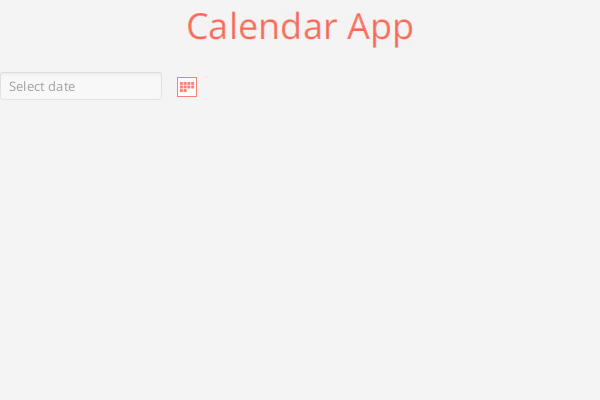
Repository: abhisheknaik96/Calendar-app
Program's window: java Calendar-app/src/simple_calendar/simple_calendar/SimpleCalendarDemo.java
The author's editor kept a copy of each file at every save. The program's window is drawn from the files as they stood at one save, then again after the next save.
It runs on Java 21 on a 1366 x 768 screen with JavaFX 11; the title bar is not drawn. It also reads Calendar-app/src/simple_calendar/simple_calendar/style/calender_icon.png.

Above is the program's window before, as saved 2015-04-06 16:59:37.

### Calendar-app/src/simple_calendar/simple_calendar/SimpleCalendarDemo.java
/**
*  This file is part of SimpleCalendar.

*  SimpleCalendar is free software: you can redistribute it and/or modify
*  it under the terms of the GNU General Public License as published by
*  the Free Software Foundation, either version 3 of the License, or
*  (at your option) any later version.

*  SimpleCalendar is distributed in the hope that it will be useful,
*  but WITHOUT ANY WARRANTY; without even the implied warranty of
*  MERCHANTABILITY or FITNESS FOR A PARTICULAR PURPOSE.  See the
*  GNU General Public License for more details.

*  <http://www.gnu.org/licenses/>.

*/
package simple_calendar.simple_calendar;

import java.text.SimpleDateFormat;
import java.util.Date;

import javafx.application.Application;
import javafx.beans.value.ChangeListener;
import javafx.beans.value.ObservableValue;
import javafx.geometry.Pos;
import javafx.scene.Scene;
import javafx.scene.control.Label;
import javafx.scene.control.TextField;
import javafx.scene.layout.HBox;
import javafx.scene.layout.StackPane;
import javafx.scene.layout.VBox;
import javafx.scene.text.TextAlignment;
import javafx.stage.Stage;

public class SimpleCalendarDemo extends Application {

	@Override
	public void start(Stage stage) throws Exception {
        stage.setTitle("Simple Calendar Demo");
		StackPane root = new StackPane();
		root.setId("root");
        Scene scene = new Scene(root, 600, 400);
        stage.setScene(scene);
        scene.getStylesheets().addAll(SimpleCalendarDemo.class.getResource("style/simple_calendar.css").toExternalForm());
        VBox vbox = new VBox(20);
        vbox.setAlignment(Pos.TOP_CENTER);
        Label label = new Label("Calendar App");
        label.setId("DemoLabel");
        label.setTextAlignment(TextAlignment.CENTER);

        Label enterDate = new Label("Enter the date");
        enterDate.setId("EnterDateLabel");
        enterDate.setTextAlignment(TextAlignment.LEFT);

        HBox dateBox = new HBox(15);
        dateBox.setAlignment(Pos.TOP_LEFT);
        final TextField dateField = new TextField("Select date");
        dateField.setEditable(false);
        dateField.setDisable(true);
        SimpleCalendar simpleCalender = new SimpleCalendar();
        simpleCalender.dateProperty().addListener(new ChangeListener<Date>() {

			@Override
			public void changed(ObservableValue<? extends Date> ov,
					Date oldDate, Date newDate) {
				dateField.setText((new SimpleDateFormat("dd/MM/yyyy")).format(newDate));

			}
		});
        dateBox.getChildren().addAll(dateField, simpleCalender);

        vbox.getChildren().addAll(label, dateBox);

        root.getChildren().add(vbox);

        stage.show();

	}

	public static void main(String[] args) {
		launch(args);
	}



}

### Calendar-app/src/simple_calendar/simple_calendar/SimpleCalendar.java
/**
*  This file is part of SimpleCalendar.

*  SimpleCalendar is free software: you can redistribute it and/or modify
*  it under the terms of the GNU General Public License as published by
*  the Free Software Foundation, either version 3 of the License, or
*  (at your option) any later version.

*  SimpleCalendar is distributed in the hope that it will be useful,
*  but WITHOUT ANY WARRANTY; without even the implied warranty of
*  MERCHANTABILITY or FITNESS FOR A PARTICULAR PURPOSE.  See the
*  GNU General Public License for more details.

*  <http://www.gnu.org/licenses/>.

*/
package simple_calendar.simple_calendar;

import java.util.Date;

import javafx.beans.property.ObjectProperty;
import javafx.beans.value.ChangeListener;
import javafx.beans.value.ObservableValue;
import javafx.event.ActionEvent;
import javafx.event.EventHandler;
import javafx.geometry.Point2D;
import javafx.scene.Parent;
import javafx.scene.control.Button;
import javafx.scene.layout.VBox;
import javafx.stage.Popup;

/**
 * A simple calendar to pick up a date.
 *
 */
public class SimpleCalendar extends VBox{

	private Popup popup;
	final DatePicker datePicker;

	public SimpleCalendar() {
		popup = new Popup();
		popup.setAutoHide(true);
		popup.setAutoFix(true);
		popup.setHideOnEscape(true);

		datePicker = new DatePicker();
		datePicker.dateProperty().addListener(new ChangeListener<Date>() {

			@Override
			public void changed(ObservableValue<? extends Date> ov,
					Date oldDate, Date newDate) {
				if (popup.isShowing())
					popup.hide();

			}
		});
		popup.getContent().add(datePicker);

		final Button calenderButton = new Button();
		calenderButton.setId("CalenderButton");
		calenderButton.setOnAction(new EventHandler<ActionEvent>() {

			@Override
			public void handle(ActionEvent ae) {
				Parent parent = SimpleCalendar.this.getParent();
				// Popup will be shown at upper left corner of calenderbutton
				Point2D point = calenderButton.localToScene(0, 0);
				final double layoutX = parent.getScene().getWindow().getX() + parent.getScene().getX() + point.getX();
				final double layoutY = parent.getScene().getWindow().getY() + parent.getScene().getY() + point.getY();
				popup.show(SimpleCalendar.this, layoutX, layoutY);

			}
		});

		getChildren().add(calenderButton);
	}

	/**
	 * @return a string bean property to bind the date information to a desired node
	 */
	public ObjectProperty<Date> dateProperty() {
		return datePicker.dateProperty();
	}

}

### Calendar-app/src/simple_calendar/simple_calendar/DatePicker.java
/**
*  This file is part of SimpleCalendar.

*  SimpleCalendar is free software: you can redistribute it and/or modify
*  it under the terms of the GNU General Public License as published by
*  the Free Software Foundation, either version 3 of the License, or
*  (at your option) any later version.

*  SimpleCalendar is distributed in the hope that it will be useful,
*  but WITHOUT ANY WARRANTY; without even the implied warranty of
*  MERCHANTABILITY or FITNESS FOR A PARTICULAR PURPOSE.  See the
*  GNU General Public License for more details.

*  <http://www.gnu.org/licenses/>.

*/
package simple_calendar.simple_calendar;

import java.text.SimpleDateFormat;
import java.util.Calendar;
import java.util.Date;
import java.util.GregorianCalendar;

import javafx.beans.property.ObjectProperty;
import javafx.beans.property.SimpleObjectProperty;
import javafx.event.ActionEvent;
import javafx.event.EventHandler;
import javafx.geometry.Pos;
import javafx.scene.control.Button;
import javafx.scene.control.Label;
import javafx.scene.input.MouseEvent;
import javafx.scene.layout.HBox;
import javafx.scene.layout.StackPane;
import javafx.scene.layout.VBox;
import javafx.scene.shape.LineTo;
import javafx.scene.shape.MoveTo;
import javafx.scene.shape.Path;

public class DatePicker extends StackPane {
	private boolean isSundayFirstDay = true;
	private Calendar today;
	private ObjectProperty<Date> dateProperty;
	private final DayCell[] dayCells;
	private int month;
	private int year;
	private final static int COLUMN_NUMBER = 7;
	private final static int ROW_NUMBER = 6;
	private final static double CELL_HEIGHT = 20;
	private final static double CELL_WIDTH = 25;
	private final static double ARROW_SIZE = CELL_HEIGHT * 0.3;
	private final static String DATEPICKER_OTHERMONTH = "datepicker-othermonth-cell";
	private final static String DATEPICKER_TODAY = "datepicker-today-cell";
	private final static String DATEPICKER_MONTH = "datepicker-month-cell";
	private final static String DATEPICKER_WEEKDAY = "datepicker-weekday-row";
	private final static String DATEPICKER_MONTHYEAR = "datepicker-monthyear-row";
	private final static String DATEPICKER_ARROW = "DatepickerArrow";
	private final static String DATEPICKER_DAYCELL = "DatepickerDayCell";
	private final static String DATEPICKER_TODAYBUTTON = "DatepickerTodayButton";
	private final static String DATEPICKER_TODAYBUTTONBOX = "DatepickerTodayButtonBox";
	private String[] cellStyleList = {DATEPICKER_OTHERMONTH, DATEPICKER_TODAY, DATEPICKER_MONTH};

	/**
	 * Constructor of DatePicker class
	 */
	public DatePicker(){
		super();
		VBox pickerBox = new VBox();
		setId("DatePicker");
		today = Calendar.getInstance();
		// Check whether Sunday is the first day of the week
		isSundayFirstDay = today.getFirstDayOfWeek() == 1 ? true : false;
		month = today.get(Calendar.MONTH);
		year = today.get(Calendar.YEAR);
		dateProperty = new SimpleObjectProperty<Date>((new GregorianCalendar()).getTime());

		// First block of the picker pane, which is constructed to show month and year and to change them by decreasing and increasing.
		HBox monthYearRow = new HBox();
		final Label monthYear = new Label(getMonthYear((new GregorianCalendar()).getTime()));
		monthYear.setMinHeight(CELL_HEIGHT * 1.5);
		monthYear.setMinWidth(CELL_WIDTH * 6.0);
		monthYear.setAlignment(Pos.CENTER);
		monthYearRow.getStyleClass().add(DATEPICKER_MONTHYEAR);
		Path decrementArrow = new Path();
		decrementArrow.setId(DATEPICKER_ARROW);
		decrementArrow.getElements().addAll(new MoveTo(0, ARROW_SIZE), new LineTo(0, -ARROW_SIZE),
				new LineTo(-ARROW_SIZE, 0), new LineTo(0, ARROW_SIZE));
		decrementArrow.setOnMouseClicked(new EventHandler<MouseEvent>() {
			@Override
			public void handle(MouseEvent me) {
				month--;
				if(month < 0) {
					month = Calendar.DECEMBER;
					year--;
				}
				monthYear.setText(getMonthYear((new GregorianCalendar(year, month, 1)).getTime()));
				setDayCells();
				me.consume();
			}
		});
		Path inreamentArrow = new Path();
		inreamentArrow.setId(DATEPICKER_ARROW);
		inreamentArrow.getElements().addAll(new MoveTo(0, ARROW_SIZE), new LineTo(0, -ARROW_SIZE),
				new LineTo(ARROW_SIZE, 0), new LineTo(0, ARROW_SIZE));
		inreamentArrow.setOnMouseClicked(new EventHandler<MouseEvent>() {
			@Override
			public void handle(MouseEvent me) {
				month++;
				if(month > Calendar.DECEMBER) {
					month = Calendar.JANUARY;
					year++;
				}
				monthYear.setText(getMonthYear((new GregorianCalendar(year, month, 1)).getTime()));
				setDayCells();
				me.consume();
			}
		});
		monthYearRow.getChildren().addAll(decrementArrow, monthYear, inreamentArrow);
		monthYearRow.setAlignment(Pos.CENTER);

		// Second block of the picker pane, which is constructed to show the first letter of names of days in the week.
		HBox firstLetterOfDayRow = new HBox();
		firstLetterOfDayRow.getStyleClass().add(DATEPICKER_WEEKDAY);
		String[] weekDays = getFirstLettersOfDays();
		for (int i = 0; i < weekDays.length; i++) {
			Label cell = new Label(weekDays[i]);
			cell.setMinHeight(CELL_HEIGHT);
			cell.setMinWidth(CELL_WIDTH);
			cell.setAlignment(Pos.CENTER);
			firstLetterOfDayRow.getChildren().add(cell);
		}
		pickerBox.getChildren().addAll(monthYearRow, firstLetterOfDayRow);

		// Third block of the picker pane, which is constructed to show the days in a ROW_NUMBER by COLUMN_NUMBER matrix.
		// The matrix constitutes of DayCell class which extends Label class and holds date information.
		dayCells = new DayCell[COLUMN_NUMBER * ROW_NUMBER];
		int index = 0;
		for (int i = 0; i < ROW_NUMBER; i++) {
			HBox row = new HBox();
			for (int j = 0; j < COLUMN_NUMBER; j++) {
				DayCell cell = createCell(0, 0, 0);
				row.getChildren().add(cell);
				cell.setId(DATEPICKER_DAYCELL);
				dayCells[index++] = cell;
			}
			pickerBox.getChildren().add(row);
		}

		Button todayButton = new Button("Today");
		todayButton.setId(DATEPICKER_TODAYBUTTON);
		todayButton.setOnAction(new EventHandler<ActionEvent>() {

			@Override
			public void handle(ActionEvent ae) {
				dateProperty.setValue((new GregorianCalendar(0, 0, 0)).getTime());
				dateProperty.setValue(
						(new GregorianCalendar(
								today.get(Calendar.YEAR),
								today.get(Calendar.MONTH),
								today.get(Calendar.DAY_OF_MONTH))).getTime());

			}
		});

		HBox todayButtonBox = new HBox();
		todayButtonBox.setId(DATEPICKER_TODAYBUTTONBOX);
		todayButtonBox.setAlignment(Pos.CENTER);
		todayButtonBox.getChildren().add(todayButton);

		pickerBox.getChildren().add(todayButtonBox);

		getChildren().add(pickerBox);

		// Setter of the day cells
		setDayCells();
	}

	/**
	 * @return DateProperty to bind to parent node
	 */
	public ObjectProperty<Date> dateProperty(){
		return dateProperty;
	}

	/**
	 * @return an array of first letters of the week days based on default locale.
	 * Monday is defined as the first day of the week in some locales. This property
	 * is controlled by <code>isSundayFirstDay</code> variable in the constructor of the
	 * <code>DatePicker</code> class.
	 */
	private String[] getFirstLettersOfDays(){
		String[] firstLettersOfDays = new String[7];
		int d = isSundayFirstDay ? 1 : 2;
		// Use sequential dates to get the names of days of the week.
		for (int i = 0; i < firstLettersOfDays.length; i++) {
			firstLettersOfDays[i] =
					(new SimpleDateFormat("EEEE"))
					.format((new GregorianCalendar(0, 0, 3 + d + i))
					.getTime())
					.substring(0, 1);
		}

		return firstLettersOfDays;
	}

	/**
	 * @param date is the Gregorian date to be formatted
	 * @return the formatted date in the form of "Month, Year" like "January, 2012"
	 */
	private String getMonthYear(Date date){

		return (new SimpleDateFormat("MMMM, YYYY")).format(date);
	}

	/**
	 * Setter of cells in the matrix based on the month and the year. It takes 1 as the first day of the month
	 * to create a calendar. Once the calendar created it is calculated which day of the week is the first
	 * day of the month. Firstly, the cells for the days of previous month are set if any, and then the cells
	 * for the days of present month are set, and finally the cells for the next month are set.
	 */
	private void setDayCells(){
		Calendar calendar = Calendar.getInstance();
		calendar.set(Calendar.YEAR, year);
		calendar.set(Calendar.MONTH, month);
		calendar.set(Calendar.DAY_OF_MONTH, 1);
		// Calendar.DAY_OF_WEEK uses base 1. That's why one is subtracted.
		int firstDayOfMonth = calendar.get(Calendar.DAY_OF_WEEK) - 1;
		// Check whether Sunday is the first day of the week. If not, shift the first day
		if(!isSundayFirstDay){
			firstDayOfMonth += 6;
			if (firstDayOfMonth > 7)
				firstDayOfMonth -= 7;
		}
		int daysInMonth = calendar.getActualMaximum(Calendar.DAY_OF_MONTH);
		calendar.set(Calendar.MONTH, month - 1);
		int daysInPreviousMonth = calendar.getActualMaximum(Calendar.DAY_OF_MONTH);

		// Set the cells for the days of previous month
		for (int i = 0; i < firstDayOfMonth; i++) {
			int m = month - 1;
			int y = year;
			if (m < 0) {
				m = Calendar.DECEMBER;
				y--;
			}
			DayCell cell = dayCells[i];
			cell.setDate(daysInPreviousMonth - (firstDayOfMonth) + i + 1, m, y);
			cell.getStyleClass().removeAll(cellStyleList);
			cell.getStyleClass().add(DATEPICKER_OTHERMONTH);
		}

		// Set the cells for the days of month to be presented
		int day = 1;
		for (int i = firstDayOfMonth; i < daysInMonth + firstDayOfMonth; i++) {
			DayCell cell = dayCells[i];
			cell.setDate(day++, month, year);
			calendar.set(Calendar.YEAR, year);
			calendar.set(Calendar.MONTH, month);
			calendar.set(Calendar.DAY_OF_MONTH, cell.getDay());
			cell.getStyleClass().removeAll(cellStyleList);
			if (isToday(calendar))
				cell.getStyleClass().add(DATEPICKER_TODAY);
			else
				cell.getStyleClass().add(DATEPICKER_MONTH);
		}

		// Set the cells for the days of next month
		day = 1;
		for (int i = firstDayOfMonth + daysInMonth; i < COLUMN_NUMBER * ROW_NUMBER; i++) {
			int m = month + 1;
			int y = year;
			if (m > Calendar.DECEMBER) {
				m = Calendar.JANUARY;
				y++;
			}
			DayCell cell = dayCells[i];
			cell.setDate(day++, m, y);
			cell.getStyleClass().removeAll(cellStyleList);
			cell.getStyleClass().add(DATEPICKER_OTHERMONTH);
		}
	}

	/**
	 * @param calendar is to be compared
	 * @return true if the compared calendar is today
	 */
	private boolean isToday(Calendar calendar){

		return today.get(Calendar.YEAR) == calendar.get(Calendar.YEAR) &&
				today.get(Calendar.MONTH) == calendar.get(Calendar.MONTH) &&
				today.get(Calendar.DAY_OF_MONTH) == calendar.get(Calendar.DAY_OF_MONTH);

	}

	/**
	 * @param dayNumber is the day contained by the cell and used for label text
	 * @param month is the month contained by the cell. Its base is 0.
	 * @param year is the year contained by the cell
	 * @return the created cell which will be located in the matrix.
	 */
	private DayCell createCell(int dayNumber, int month, int year){
		final DayCell cell = new DayCell(dayNumber, month, year);
		cell.setMinHeight(CELL_HEIGHT);
		cell.setMinWidth(CELL_WIDTH);
		cell.setAlignment(Pos.CENTER);
		cell.setOnMouseClicked(new EventHandler<MouseEvent>() {
			@Override
			public void handle(MouseEvent me) {
				dateProperty.setValue((new GregorianCalendar(0, 0, 0)).getTime());
				dateProperty.setValue(
						(new GregorianCalendar(
								cell.getYear(),
								cell.getMonth(),
								cell.getDay())).getTime());
				me.consume();
			}
		});

		return cell;
	}

	/**
	 * DayCell class is an extension of Label class and designed to hold the date
	 * information. The day of the date is used to set the text of super class.
	 *
	 */
	private class DayCell extends Label {
		private int d;
		private int m;
		private int y;

		public DayCell(int day, int month, int year) {
			 super(String.valueOf(day));
		}

		public int getDay() {
			return d;
		}

		public int getMonth() {
			return m;
		}

		public int getYear() {
			return y;
		}

		public void setDate(int day, int month, int year){
			this.d = day;
			setText(String.valueOf(day));
			this.m = month;
			this.y = year;
		}
	}
}

### Calendar-app/src/simple_calendar/simple_calendar/style/simple_calendar.css
/**
*  This file is part of SimpleCalender.

*  SimpleCalender is free software: you can redistribute it and/or modify
*  it under the terms of the GNU General Public License as published by
*  the Free Software Foundation, either version 3 of the License, or
*  (at your option) any later version.

*  SimpleCalender is distributed in the hope that it will be useful,
*  but WITHOUT ANY WARRANTY; without even the implied warranty of
*  MERCHANTABILITY or FITNESS FOR A PARTICULAR PURPOSE.  See the
*  GNU General Public License for more details.

*  <http://www.gnu.org/licenses/>.

*/
#DemoLabel {
	-fx-font-size: 36px;
	-fx-text-fill: salmon;
}
#DatepickerArrow {
	-fx-fill: gray;
	-fx-stroke: gray;
}
#DatepickerArrow:hover {
	-fx-fill: black;
	-fx-stroke: black;
}
#DatePicker {
	-fx-background-color: linear-gradient(to bottom, white, wheat);
    -fx-border-color: black;
}
#DatepickerDayCell {
	-fx-background-color: transparent;
	-fx-border-radius: 4;
	-fx-spacing: 0;
}
#DatepickerDayCell:hover {
	-fx-background-color: azure;
	-fx-border-color: royalblue;
	-fx-border-radius: 3;
	-fx-text-fill: royalblue;
}
#DatepickerDayCell .datepicker-today-cell {
    -fx-background-color: lightsteelblue;
   	-fx-border-radius: 3;
   	-fx-border-style: segments(2,2);
   	-fx-border-color: royalblue;
    -fx-text-fill: royalblue;
	-fx-font-size: 12px;
}
.datepicker-weekday-row {
    -fx-background-color: linear-gradient(to bottom, gray, lightgray, lightgray, lightgray, gray);
    -fx-text-fill: black;
	-fx-font-size: 12px;
}
.datepicker-monthyear-row {
	-fx-background-color: linear-gradient(to bottom, beige, lightsalmon, beige);
	-fx-text-fill: black;
	-fx-font-size: 12px;
}
.datepicker-othermonth-cell {
   	-fx-border-radius: 4;
    -fx-text-fill: gray;
	-fx-font-size: 12px;
}
#DatepickerTodayButton {
	-fx-font-size: 12px;
}
#DatepickerTodayButtonBox {
	-fx-padding: 5;
}
#CalenderButton {
    -fx-font-size: 14px;
	-fx-background-image: url("calender_icon.png");
	-fx-background-color: null;
	-fx-background-repeat: no-repeat;
	-fx-background-position: center;
}

After the next save:
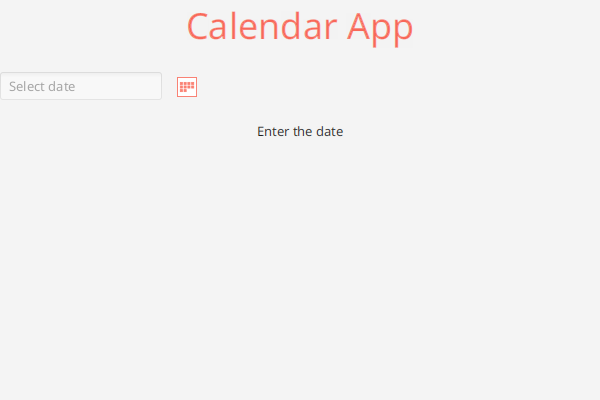
Saved 70 s later.
--- a/Calendar-app/src/simple_calendar/simple_calendar/SimpleCalendarDemo.java
+++ b/Calendar-app/src/simple_calendar/simple_calendar/SimpleCalendarDemo.java
@@ -69,7 +69,7 @@
 		});
         dateBox.getChildren().addAll(dateField, simpleCalender);
 
-        vbox.getChildren().addAll(label, dateBox);
+        vbox.getChildren().addAll(label, dateBox, enterDate);
 
         root.getChildren().add(vbox);
 
